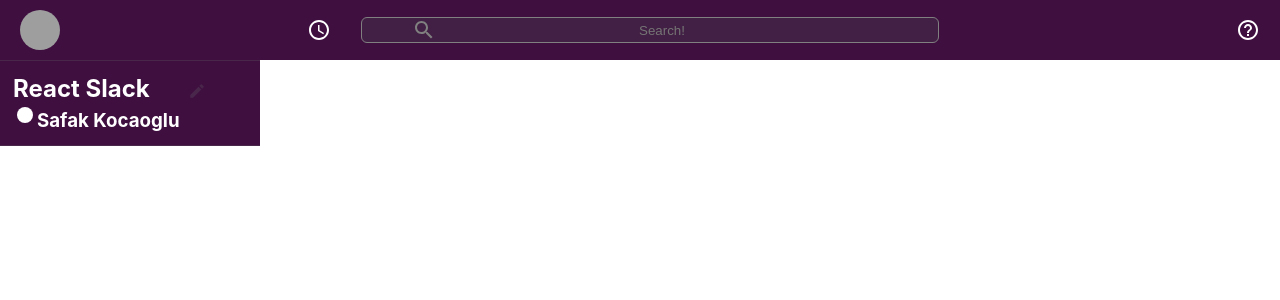
Repository: mminhaz93/React-Slack-Clone
Page: /
An editor plug-in stored every save of this project. The page is shown before and after the next save, followed by the edit.
The browser window is 1280 px wide. The pictures show the whole page.
Pictures or frames that could not be fetched are drawn as grey boxes. The project was rebuilt for these pictures with package versions that can differ from the ones it lists, and the page was loaded fresh each time.

Above is the page before, as saved 2020-08-13 21:01:34.

After the next save:
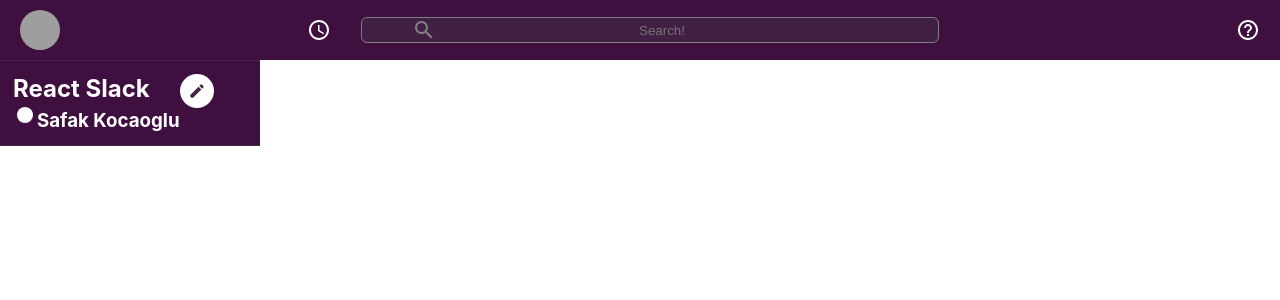
Saved 25 s later.
--- a/src/components/Sidebar.css
+++ b/src/components/Sidebar.css
@@ -16,4 +16,6 @@
   padding: 8px;
   color: #49274b;
   font-size: 18px;
+  background-color: white;
+  border-radius: 999px;
 }
